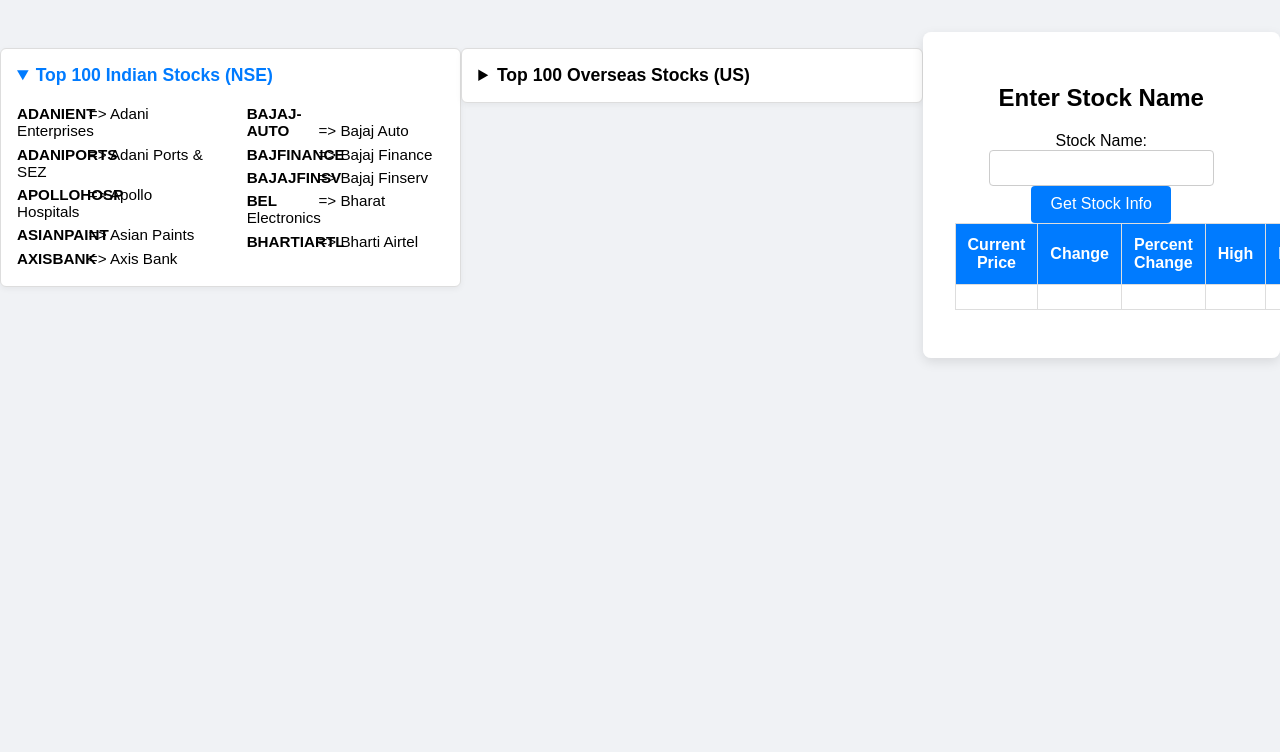
Repository: RamGochade39/Live-Share-Market-Tracker-Microservices-Based-Real-Time-Stock-Info-App
Page: http://localhost/Stock-Price-Enquary-App/views/index.jsp
An editor plug-in stored every save of this project. The page is shown before and after the next save, followed by the edit.
The browser window is 1280 px wide. The pictures show the whole page.
The page is served by Tomcat 10. The template is opened directly, without the code that normally fills it, so the values that code supplies are empty.

Above is the page before, as saved 2025-06-21 07:49:05.

After the next save:
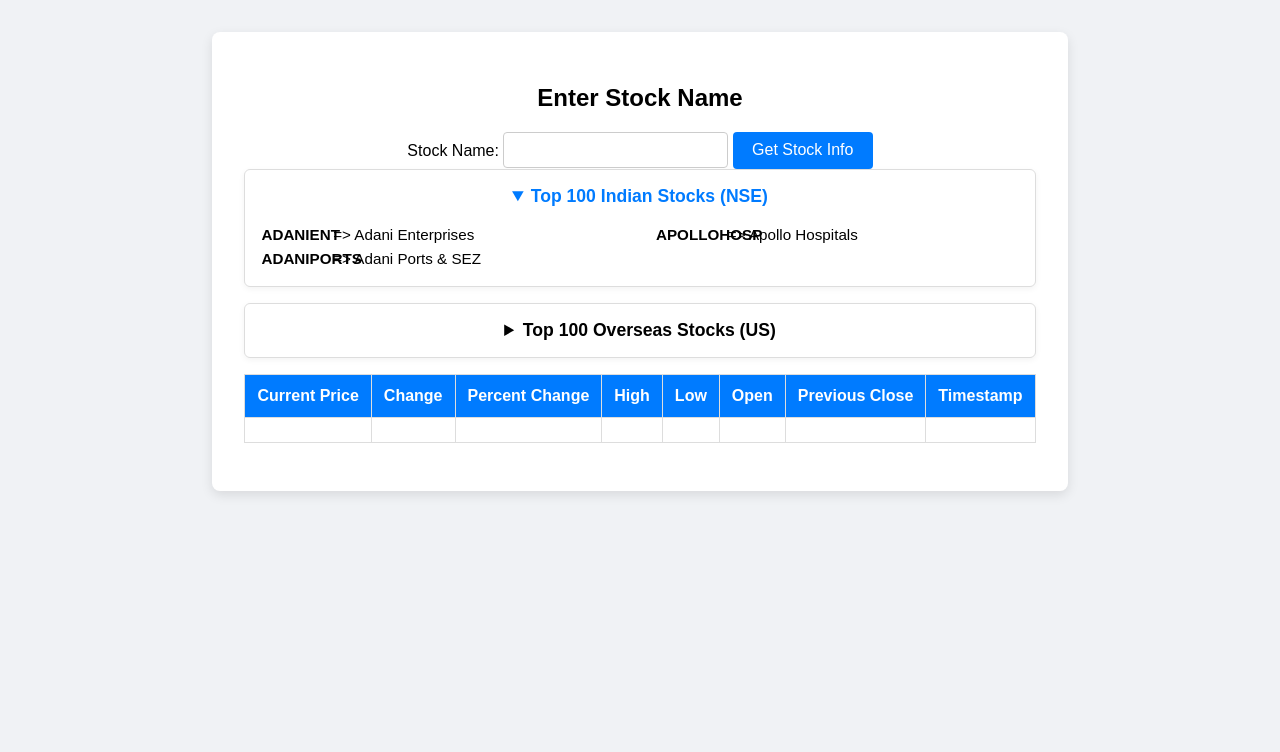
Saved 78 s later.
--- a/Stock-Price-Enquary-App/src/main/webapp/views/index.jsp
+++ b/Stock-Price-Enquary-App/src/main/webapp/views/index.jsp
@@ -32,22 +32,20 @@
       border: 1px solid #ddd;
       border-radius: 6px;
       box-shadow: 0 2px 6px rgba(0,0,0,0.05);
-      width: 90%;
-      margin: 1rem auto;
       padding: 0.5rem 1rem;
+      margin-bottom: 1rem;
     }
     details.stock-box summary {
       font-size: 1.1rem;
       font-weight: bold;
       cursor: pointer;
-      outline: none;
       padding: 0.5rem 0;
     }
     details.stock-box[open] summary {
       color: #007bff;
     }
     .stock-list {
-      max-height: 200px;
+      max-height: 150px;
       overflow-y: auto;
       padding: 0.5rem 0;
       margin: 0;
@@ -108,40 +106,6 @@
   </style>
 </head>
 <body>
-  <details class="stock-box" open>
-    <summary>Top 100 Indian Stocks (NSE)</summary>
-    <ul class="stock-list">
-      <li><span class="symbol">ADANIENT</span> => Adani Enterprises</li>
-      <li><span class="symbol">ADANIPORTS</span> => Adani Ports & SEZ</li>
-      <li><span class="symbol">APOLLOHOSP</span> => Apollo Hospitals</li>
-      <li><span class="symbol">ASIANPAINT</span> => Asian Paints</li>
-      <li><span class="symbol">AXISBANK</span> => Axis Bank</li>
-      <li><span class="symbol">BAJAJ-AUTO</span> => Bajaj Auto</li>
-      <li><span class="symbol">BAJFINANCE</span> => Bajaj Finance</li>
-      <li><span class="symbol">BAJAJFINSV</span> => Bajaj Finserv</li>
-      <li><span class="symbol">BEL</span> => Bharat Electronics</li>
-      <li><span class="symbol">BHARTIARTL</span> => Bharti Airtel</li>
-      <!-- ... continue for all 100 Indian symbols ... -->
-    </ul>
-  </details>
-
-  <details class="stock-box">
-    <summary>Top 100 Overseas Stocks (US)</summary>
-    <ul class="stock-list">
-      <li><span class="symbol">AAPL</span> => Apple Inc.</li>
-      <li><span class="symbol">ABBV</span> => AbbVie</li>
-      <li><span class="symbol">ABT</span> => Abbott Laboratories</li>
-      <li><span class="symbol">ACN</span> => Accenture</li>
-      <li><span class="symbol">ADBE</span> => Adobe Inc.</li>
-      <li><span class="symbol">AIG</span> => American International Group</li>
-      <li><span class="symbol">AMD</span> => Advanced Micro Devices</li>
-      <li><span class="symbol">AMGN</span> => Amgen</li>
-      <li><span class="symbol">AMT</span> => American Tower</li>
-      <li><span class="symbol">AMZN</span> => Amazon</li>
-      <!-- ... continue for all 100 overseas symbols ... -->
-    </ul>
-  </details>
-
   <div class="container">
     <h2>Enter Stock Name</h2>
     <form action="search" method="get">
@@ -149,6 +113,27 @@
       <input type="text" id="stockName" name="stockName" required>
       <input type="submit" value="Get Stock Info">
     </form>
+
+    <!-- Subservice: Stock Symbol Lists -->
+    <details class="stock-box" open>
+      <summary>Top 100 Indian Stocks (NSE)</summary>
+      <ul class="stock-list">
+        <li><span class="symbol">ADANIENT</span> => Adani Enterprises</li>
+        <li><span class="symbol">ADANIPORTS</span> => Adani Ports & SEZ</li>
+        <li><span class="symbol">APOLLOHOSP</span> => Apollo Hospitals</li>
+        <!-- ... continue list ... -->
+      </ul>
+    </details>
+    <details class="stock-box">
+      <summary>Top 100 Overseas Stocks (US)</summary>
+      <ul class="stock-list">
+        <li><span class="symbol">AAPL</span> => Apple Inc.</li>
+        <li><span class="symbol">ABBV</span> => AbbVie</li>
+        <li><span class="symbol">ABT</span> => Abbott Laboratories</li>
+        <!-- ... continue list ... -->
+      </ul>
+    </details>
+
     <table>
       <tr>
         <th>Current Price</th>
